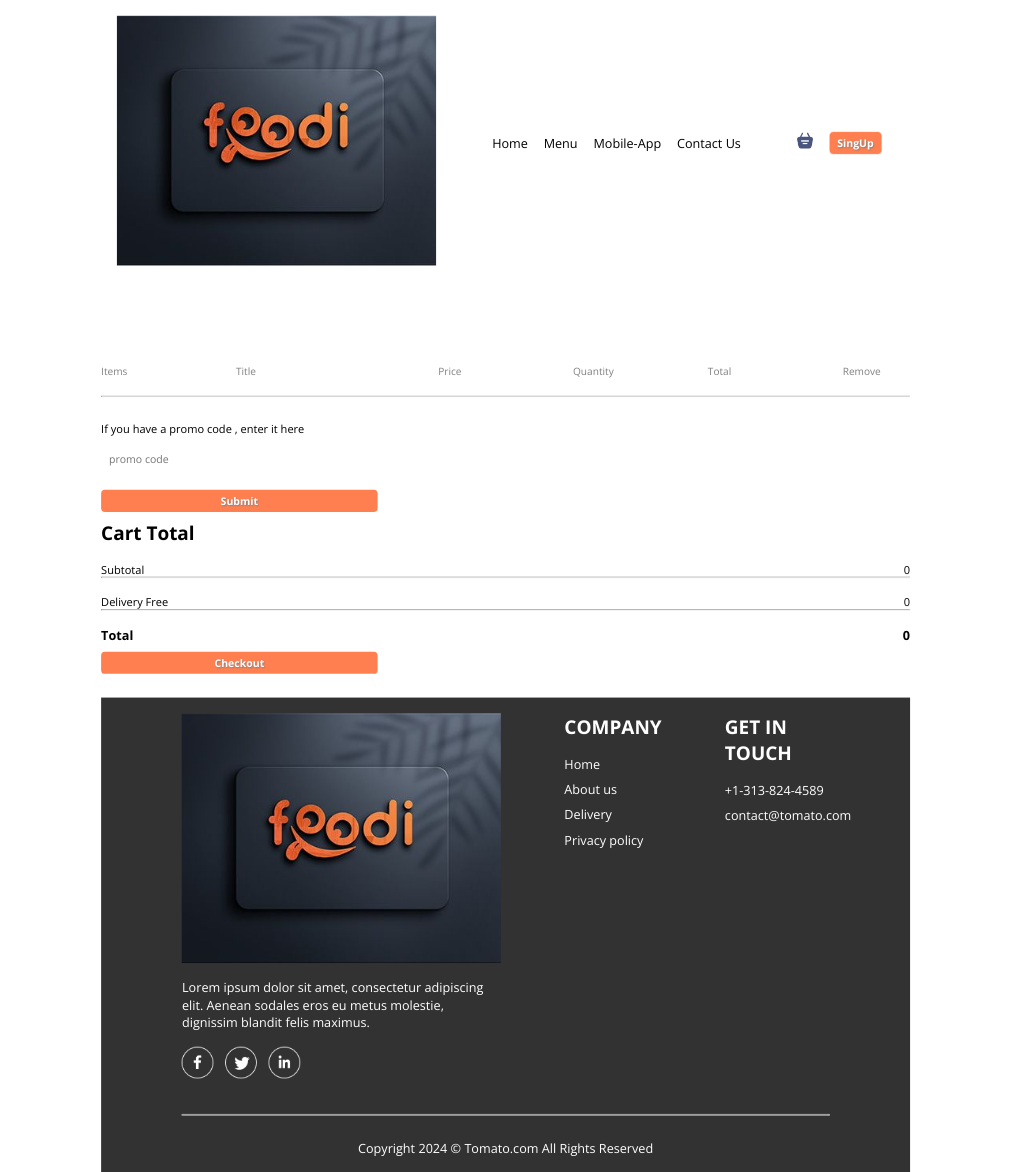
Repository: LolaSL/food-delivery-app
Page: /order (app in frontend/)
An editor plug-in stored every save of this project. The page is shown before and after a run of saves, followed by the edit.
The browser window is 1280 px wide. The pictures show the whole page, at 79% of full size.
The page's requests for data from a server got no answer. The project was rebuilt for these pictures with package versions that can differ from the ones it lists, and the page was loaded fresh each time. No one was signed in, and anything a server would have sent is missing. Also part of the build but not shown: frontend/vite.config.js, frontend/src/components/header/Header.jsx, frontend/src/components/explore/Explore.css, frontend/src/components/explore/Explore.jsx, frontend/src/components/foodDisplay/FoodDisplay.css, frontend/src/components/foodItem/FoodItem.css, frontend/src/components/foodItem/FoodItem.jsx, frontend/src/components/foodDisplay/FoodDisplay.jsx and 8 more.

Above is the page before, as saved 2024-05-28 20:23:58.

### frontend/index.html
<!doctype html>
<html lang="en">
  <head>
    <meta charset="UTF-8" />
    <link rel="icon" type="image/svg+xml" href="/vite.svg" />

    <meta name="viewport" content="width=device-width, initial-scale=1.0" />
    <link rel="preconnect" href="https://fonts.googleapis.com">
<link rel="preconnect" href="https://fonts.gstatic.com" crossorigin>
<link href="https://fonts.googleapis.com/css2?family=Open+Sans:ital,wght@0,300..800;1,300..800&display=swap" rel="stylesheet">
    <title>Food Delivery Application</title>
  </head>
  <body>
    <div id="root"></div>
    <script type="module" src="/src/main.jsx"></script>
  </body>
</html>

### frontend/src/main.jsx

import ReactDOM from 'react-dom/client';
import App from './App.jsx';
import './index.css';
import { BrowserRouter } from 'react-router-dom';
import StoreContextProvider from './context/StoreContext.jsx';

ReactDOM.createRoot(document.getElementById('root')).render(
  <BrowserRouter>
    <StoreContextProvider >
      <App />
    </StoreContextProvider>
  </BrowserRouter>
);

### frontend/src/App.jsx
import Navbar from "./components/navbar/Navbar.jsx";
import Home from "./pages/home/Home.jsx";
import { Routes, Route } from "react-router-dom";
import Cart from "./components/cart/Cart.jsx";
import PlaceOrder from "./components/order/PlaceOrder.jsx";
import Footer from "./components/footer/Footer.jsx";
import { useState } from "react";
import Login from "./components/login/Login.jsx";
import Verify from "./pages/verify/Verify.jsx";
import MyOrders from "./pages/myOrders/MyOrders.jsx";



function App() {

  const [showLogin, setShowLogin] = useState(false);

  return (
    <>
      {showLogin ? <Login setShowLogin={setShowLogin} /> : <div></div>}
      <div className="app">
        <Navbar setShowLogin={setShowLogin} />
        <Routes>
          <Route path="/" element={<Home />} />
          <Route path="/cart" element={<Cart />} />
          <Route path="/order" element={<PlaceOrder />} />
          <Route path="/verify" element={<Verify />} />
          <Route path="/myorders" element={<MyOrders/>} />
        </Routes>
        <Footer />
      </div>
    </>
  );
}

export default App;

### frontend/src/index.css
*{
  padding:0;
  margin:0;
  box-sizing: border-box;
  font-family: "Open Sans", sans-serif;
  scroll-behavior: smooth;
}

body{
  min-height: 100vh;

}
a{
  text-decoration: none;
  color: inherit;
}
.app{
  width: 80%;
  margin: auto;

}
@keyframes fadeIn {
0%{
  opacity: 0;
}
  100%{
    opacity:1;
  }
}

### frontend/src/context/StoreContext.jsx
import { useState, createContext, useEffect } from "react";
import PropTypes from "prop-types";
import axios from "axios";

export const StoreContext = createContext(null);

const StoreContextProvider = ({ children }) => {

  const [cartItems, setCartItems] = useState({});

  const url = "http://localhost:4000";

  const [token, setToken] = useState("");

  const [food_list, setFoodList] = useState([]);

  const addToCart = async (itemId) => {
    if (!cartItems[itemId]) {
      setCartItems((prev) => ({ ...prev, [itemId]: 1 }));
    } else {
      setCartItems((prev) => ({ ...prev, [itemId]: prev[itemId] + 1 }));
    }
    if (token) {
      await axios.post(
        url + "/api/cart/add",
        { itemId },
        { headers: { token } }
      );
    }
  };

  const removeFromCart = async (itemId) => {
    setCartItems((prev) => ({ ...prev, [itemId]: prev[itemId] - 1 }));
    if (token) {
      await axios.post(
        url + "/api/cart/remove",
        { itemId },
        { headers: { token } }
      );
    }
  };

  const getTotalCartAmount = () => {
    let totalAmount = 0;
    for (const item in cartItems) {
      if (cartItems[item] > 0) {
        let itemInfo = food_list.find((product) => product._id === item);
        totalAmount += itemInfo.price * cartItems[item];
      }
    }
    return totalAmount;
  };

  const fetchFoodList = async () => {
    const response = await axios.get(url + "/api/food/list");
    setFoodList(response.data.data);
  };

  const loadCartData = async (token) => {
    const response = await axios.post(
      url + "/api/cart/get",
      {},
      { headers: { token } }
    );

    setCartItems(response.data.cartData);
  };

  useEffect(() => {
    async function loadData() {
      await fetchFoodList();
      if (localStorage.getItem("token")) {
        setToken(localStorage.getItem("token"));
        await loadCartData(localStorage.getItem("token"));
      }
    }
    loadData();
  }, []);

  const contextValue = {
    food_list,
    cartItems,
    setCartItems,
    addToCart,
    removeFromCart,
    getTotalCartAmount,
    url,
    token,
    setToken,
  };

  return (
    <StoreContext.Provider value={contextValue}>
      {children}
    </StoreContext.Provider>
  );
};

StoreContextProvider.propTypes = {
  children: PropTypes.oneOfType([
    PropTypes.arrayOf(PropTypes.node),
    PropTypes.node,
  ]).isRequired,
};

export default StoreContextProvider;

### frontend/src/components/navbar/Navbar.jsx
import { useContext, useState } from "react";
import "./Navbar.css";
import { assets } from "../../assets/assets.js";
import { Link, useNavigate } from "react-router-dom";
import PropTypes from "prop-types";
import { StoreContext } from "../../context/StoreContext.jsx";

const Navbar = ({ setShowLogin }) => {

  const [menu, setMenu] = useState("Home");

  const { getTotalCartAmount, token, setToken } = useContext(StoreContext);

  const navigate = useNavigate();

  const logout = () => {
    localStorage.removeItem("token");
    setToken("");
    navigate("/");
  };

  return (
    <div className="navbar">
      <Link to="/">
        <img src={assets.logo} alt="logo" />
      </Link>
      <ul className="navbar-menu">
        <Link
          to="/"
          onClick={() => setMenu("Home")}
          className={menu === "Home" ? "active" : ""}
        >
          Home
        </Link>
        <a
          href="#explore-menu"
          onClick={() => setMenu("Menu")}
          className={menu === "Menu" ? "active" : ""}
        >
          Menu
        </a>
        <a
          href="#app-download"
          onClick={() => setMenu("Mobile-App")}
          className={menu === "Mobile-App" ? "active" : ""}
        >
          Mobile-App
        </a>
        <a
          href="#footer"
          onClick={() => setMenu("Contact Us")}
          className={menu === "Contact Us" ? "active" : ""}
        >
          Contact Us
        </a>
      </ul>
      <div className="navbar-right">
        <div className="navbar-search-icon">
          <Link to="/cart">
            <img src={assets.basket_icon} alt="backet icon" />
          </Link>
          <div className={getTotalCartAmount() === 0 ? "" : "dot"}></div>
        </div>
        {!token ? (
          <button className="btn-signup" onClick={() => setShowLogin(true)}>
            SingUp
          </button>
        ) : (
          <div className="navbar-profile">
            <img src={assets.profile_icon} alt="profile icon" />
            <ul className="navbar-profile-dropdown">
              <li onClick={() => navigate("/myorders")}>
                <img src={assets.bag_icon} alt="bag icon" />
                <p>Orders</p>
              </li>
              <hr />
              <li onClick={logout}>
                <img src={assets.logout_icon} alt="logout icon" />
                <p>Logout</p>
              </li>
            </ul>
          </div>
        )}
      </div>
    </div>
  );
};

Navbar.propTypes = {
  setShowLogin: PropTypes.func.isRequired,
};
export default Navbar;

### frontend/src/components/cart/Cart.jsx
import { useContext } from "react";
import "./Cart.css";
import { StoreContext } from "../../context/StoreContext";
import { useNavigate } from "react-router-dom";

const Cart = () => {

  const { cartItems, food_list, removeFromCart, getTotalCartAmount, url } = useContext(StoreContext);
  const navigate = useNavigate();

  return (
    <div className="cart">
      <div className="cart-items">
        <div className="cart-items-title">
          <p>Items</p>
          <p>Title</p>
          <p>Price</p>
          <p>Quantity</p>
          <p>Total</p>
          <p>Remove</p>
        </div>
        <br />
        <hr />
        {food_list.map((item) => {
          if (cartItems[item._id] > 0) {
            return (
              <>
                <div key={item._id} className="cart-items-title cart-items-item" >
                  <img src={url + "/images/"+ item.image} alt="" />
                  <p>{item.name}</p>
                  <p>${item.price}</p>
                  <p>{cartItems[item._id]}</p>
                  <p>${item.price * cartItems[item._id]}</p>
                  <p className="cross" onClick={() => removeFromCart(item._id)}>
                    x
                  </p>
                </div>
                <hr />
              </>
            );
          }
        })}
      </div>
      <div className="cart-bottom">
        <div className="card-promocode">
          <p>If you have a promo code , enter it here</p>
          <div className="cart-promocode-input">
            <input type="text" placeholder="promo code" />
            <button className="btn-submit">Submit</button>
          </div>
        </div>
        <div className="cart-total">
          <h2>Cart Total</h2>
        </div>
        <div className="cart-total-details">
          <p>Subtotal</p>
          <p>{getTotalCartAmount()}</p>
        </div>
        <hr />
        <div className="cart-total-details">
          <p>Delivery Free</p>
          <p>{getTotalCartAmount() === 0 ? 0 : 2}</p>
        </div>
        <hr />
        <div className="cart-total-details">
          <b>Total</b>
          <b>{getTotalCartAmount() === 0 ? 0 : getTotalCartAmount() + 2}</b>
        </div>
        <div>
          <button className="btn-checkout" onClick={() => navigate("/order")}>
            Checkout
          </button>
        </div>
      </div>
    </div>
  );
};

export default Cart;

### frontend/src/components/footer/Footer.jsx
import './Footer.css'
import { assets } from "../../assets/assets";

const Footer = () => {
  return (
    <div className="footer" id="footer">
      <div className="footer-content">
        <div className="footer-content-left">
          <img src={assets.logo} alt="logo" />
          <p>
            Lorem ipsum dolor sit amet, consectetur adipiscing elit. Aenean
            sodales eros eu metus molestie, dignissim blandit felis maximus.
          </p>
          <div className="footer-social-icons">
            <img src={assets.facebook_icon} alt="facebook logo" />
            <img src={assets.twitter_icon} alt="twitter logo" />
            <img src={assets.linkedin_icon} alt="linkedin logo" />
          </div>
        </div>
        <div className="footer-content-center">
          <h2>COMPANY</h2>
          <ul>
            <li>Home</li>
            <li>About us</li>
            <li>Delivery</li>
            <li>Privacy policy</li>
          </ul>
        </div>
        <div className="footer-content-right">
          <h2>GET IN TOUCH</h2>
          <ul>
            <li>+1-313-824-4589</li>
            <li>contact@tomato.com</li>
          </ul>
        </div>
      </div>
      <hr />
      <p className="footer-copyright">
        Copyright 2024 &#169; Tomato.com All Rights Reserved
      </p>
    </div>
  );
};

export default Footer;

### frontend/src/components/navbar/Navbar.css

.navbar {
  display: flex;
  justify-content: space-between;
  align-items: center;
  background-color: hsl(222, 19%, 27%)
  color: #d9d9d9;
  padding: 20px;
}

hsl(218, 19%, 38%);
.navbar img {
  max-width: 100px;
  margin-right: 20px;
}


.navbar-menu {
  list-style: none;
  display: flex;
  gap: 20px;
}

.navbar-menu li {
  cursor: pointer;
  cursor: pointer;
  transition: color 0.3s;
}

.navbar-menu li.active {
  color: #fff;
}


.navbar-right {
  display: flex;
  align-items: center;
}


.navbar-right img[src*="search_icon"] {
  width: 20px;
  margin-right: 10px;
}


.navbar-search-icon img[src*="basket_icon"] {
  width: 20px;
  margin-right: 5px;
}


.dot {
  width: 8px;
  height: 8px;
  background-color: #ff5f5f;
  border-radius: 50%;
  display: inline-block;
  margin:8px;
  padding: 2px;
}

.btn-signup {
  background-color: coral;
  border: 1px solid #fff;
  border-radius: 6px;
  color: #fff;
  padding: 5px 10px;
  cursor: pointer;
  transition: background-color 0.3s, color 0.3s;
}

.btn-signup:hover {
  background-color: #fff;
  color: #323232;
}

.navbar-profile {
  position: relative;
}

.navbar-profile-dropdown {
  position: absolute;
  display: none;
  right: 0;
  z-index: 1;
}

.navbar-profile:hover .navbar-profile-dropdown {
  display: flex;
  flex-direction: column;
  gap: 10px;
  color: black;
  background-color: #fff2ef;
  padding: 12px 25px;
  border-radius: 4px;
  border: 1px solid coral;
  outline: 2px solid white;
  list-style: none;
}

.navbar-profile-dropdown li {
  display: flex;
  align-items: center;
  gap: 10px;
  cursor: pointer;
}

.navbar-profile-dropdown img {
  width: 20px;
}

.navbar-profile-dropdown li:hover {
  color: coral;
}

@media (max-width: 1050px) {
  .navbar .logo {
    width: 140px;
  }
  .navbar-menu {
    gap: 30px;
    font-size: 17px;
  }
  .navbar-right {
    gap: 30px;
  }
  .navbar-right img {
    width: 22px;
  }

  .navbar-right button {
    padding: 8px 25px;
  }
}
@media (max-width: 900px) {
  .navbar .logo {
    width: 120px;
  }
  .navbar-menu {
    gap: 20px;
    font-size: 17px;
  }
  .navbar-right {
    gap: 30px;
  }
  .navbar-right img {
    width: 20px;
  }

  .navbar-right button {
    padding: 7px 10px;
    font-size: 15px;
  }
}

@media (max-width: 750px) {
  .navbar-menu {
    display: none;
  }
}

### frontend/src/components/cart/Cart.css
.cart {
  margin-top: 100px;
}

.cart-items {
  width: 100%;
  overflow-x: auto;
}

.cart-items-title {
  display:grid;
  grid-template-columns: 1fr 1.5fr 1fr 1fr 1fr 0.5fr;
  align-items; center;
  color: grey;
 font-size:max(1vw, 12px);
}

.cart-items-item {
margin: 10px 0px;
color-black
}

.cart-items-item img {
  width: 50px;
  height: auto;
  margin-right: 10px;
  border-radius: 6px;
}

.cart-items-item p {
  margin: 0 5px;
}


.cart-items-item p:last-child {
  cursor: pointer;
  color: red;
}

.cart-bottom{
  margin-top: 80ps;
}
.cart-total {
  flex:1;
  display: flex;
  flex-direction: column;
  gap:20px;

}
.btn-checkout,  .btn-submit{
  border: none;
  color: white;
  background-color:coral;
  width: max(12vw, 350px);
  margin:10px auto;
  cursor:pointer;

}
.cart-total-details{
display: flex;
justify-content: space-between;
margin-top: 20px;
}
.cart-total-details p{
  font-size: 14px;
}
.card-promocode{
  margin-top:30px;
  bottom: 10px;
}
.card-promocode p{
  margin-bottom:10px;
  font-size: 14px;
}

.cart-promocode-input input{
  border: none;
  outline-color: coral;
}

 @media only screen and (max-width: 750px) {
  .cart-items-title, .cart-items-item {
    flex-direction: column;
    align-items: flex-start;
  }

  .cart-items-item img {
    width: 100%;
 }

.cart-items-item p {
    width: 100%;
 margin-bottom: 5px;
  }

 }

### frontend/src/components/order/PlaceOrder.css

.order {
  display: flex;
  align-items:start;
  justify-content: space-between;
  gap: 20px;
  padding: 20px;
  margin-top:10px;
}

.order-left {
  flex: 1;
}

.title {
  font-weight: bold;
  margin-bottom: 10px;
}

input {
  width: 100%;
  padding: 10px;
  margin-bottom: 10px;
  border: 1px solid #ddd;
  border-radius: 4px;
  outline-color:coral;
}


.multi-fields {
  display: flex;
  gap: 10px;
}


.order-right {
  flex: 1;
}


.cart-totals-details {
  display: flex;
  justify-content: space-between;
  margin-bottom: 10px;
}


.btn-payment {
  background-color: coral;
  color: white;
  padding: 10px;
  border: none;
  border-radius: 4px;
  cursor: pointer;
}


@media only screen and (max-width: 768px) {
  .order {
    flex-direction: column;
  }

  .order-left, .order-right {
    width: 100%;
  }
}

### frontend/src/components/footer/Footer.css

.footer {
  background-color: #323232;
  padding: 20px;
  margin-top: 20px;
  gap: 20px;
  color: white;
  padding-top: 80px;
  padding: 20px 8vw;
  display: flex;
  flex-direction: column;
}


.footer-content {
  width: 100%;
  display: grid;
  grid-template-columns: 2fr 1fr 1fr;
  gap: 80px;
}
.footer-content li{
  list-style: none;
  text-decoration: none;
}
.footer-content-left,
.footer-content-right,
.footer-content-center {
  display: flex;
  flex-direction: column;
  align-items: start;
  gap: 20px;
}
.footer-content-left,
.footer-content-right,
.footer-content-center {
  margin-bottom: 10px;
  cursor: pointer;
}

.footer-content-left li,
.footer-content-right li,
.footer-content-center li {
  margin-bottom: 10px;

}
.footer-content-right h2,
.footer-content-center h2 {
  color: white;
}

.footer-social-icons img {
  width: 40px;
  margin-right: 15px;
}
.footer hr {
  width: 100%;
  height: 2px;
  margin: 10px 0px;
}
.footer-copyright {
  text-align: center;
}

@media (max-width: 750px) {
  .footer-content {
    display: flex;
    flex-direction: column;
    gap: 35px;
  }
  .footer-copyright {
    text-align: center;
  }
}

### frontend/src/components/header/Header.css
.header-container {
  height: 32vw;
  margin: 30px auto;
  background: url("header_img.png") no-repeat;
  background-repeat: no-repeat;
  background-size: contain;
  background-position: center;
  position: relative;
  object-fit: contain;
  padding: 20px;
}

.header-content {
  position: absolute;
  display: flex;
  flex-direction: column;
  align-items: start;
  gap: 1.5vw;
  max-width: 60%;
  bottom: 10%;
  left: 6vw;
  animation: fadeIn 4s;
}

.header-content h3 {
  font-weight: 500;
  color:white;
  font-size: max(3.6vw, 22px);
  text-shadow: 1px 1px 2px grey;
}

.header-content p {
  color: white;
  font-size: 1.3vw;
  text-shadow: 1px 1px 2px grey;
  text-align: justify;
}

button {
  margin: 15px;
  background-color: transparent;
  border: 1px solid #fff;
  border-radius: 5px;
  text-shadow: 1px 1px 2px grey;
  color: #fff;
  padding: 5px 10px;
  font-weight: bold;
  cursor: pointer;
  transition: background-color 0.3s, color 0.3s;
}


@media (max-width: 1050px) {
  .header-content {
    max-width: 65%;
  }
}

@media (max-width: 750px) {
  .header-content {
    max-width: 70%;
  }
  .header-content p{
  display: none;
  }
  .header-content button{
    padding: 4px 8px;
    }
}

Loaded but not shown: frontend/src/assets/assets.js (350 lines, source omitted); frontend/src/components/order/PlaceOrder.jsx (186 lines, source omitted)

After the next 4 saves:
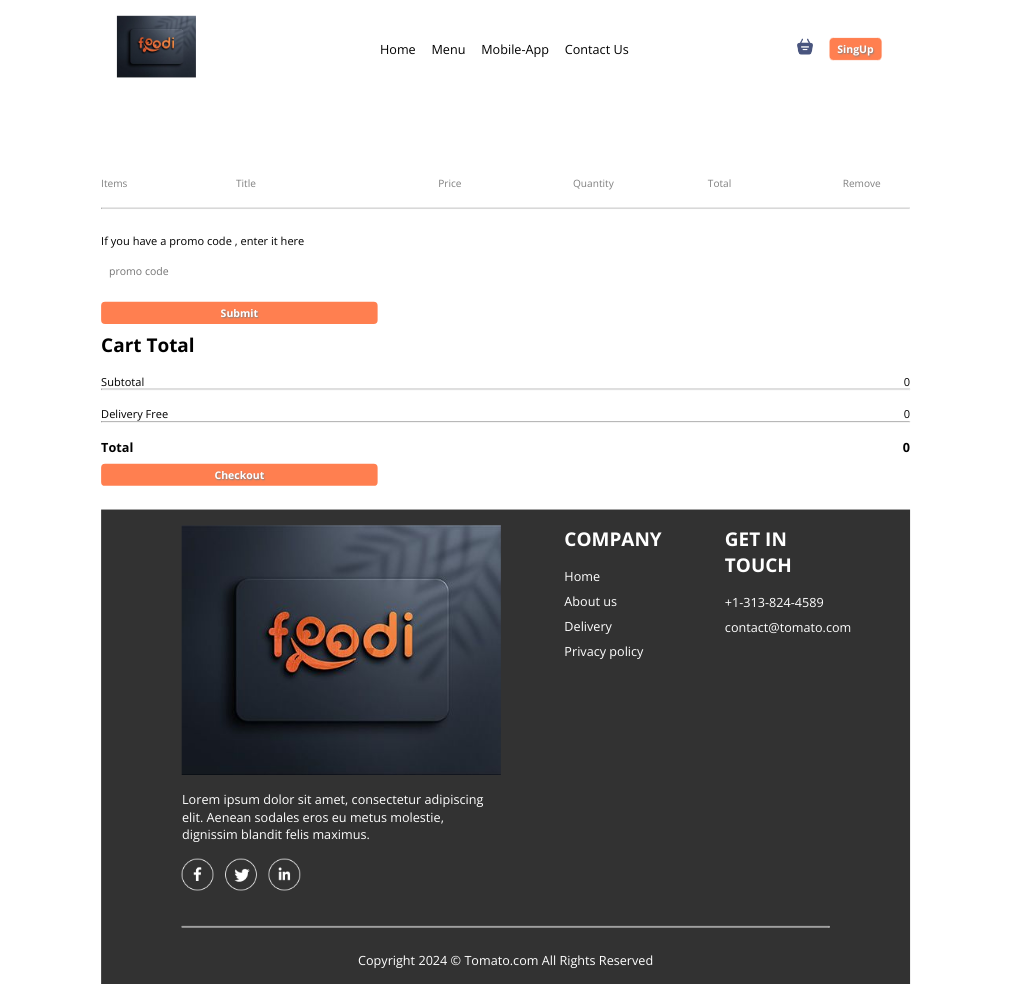
The 4 saves are shown as one change because they came seconds apart.
The last was saved 16 s later.
--- a/frontend/src/components/navbar/Navbar.css
+++ b/frontend/src/components/navbar/Navbar.css
@@ -8,7 +8,7 @@
   padding: 20px;
 }
 
-hsl(218, 19%, 38%);
+
 .navbar img {
   max-width: 100px;
   margin-right: 20px;
